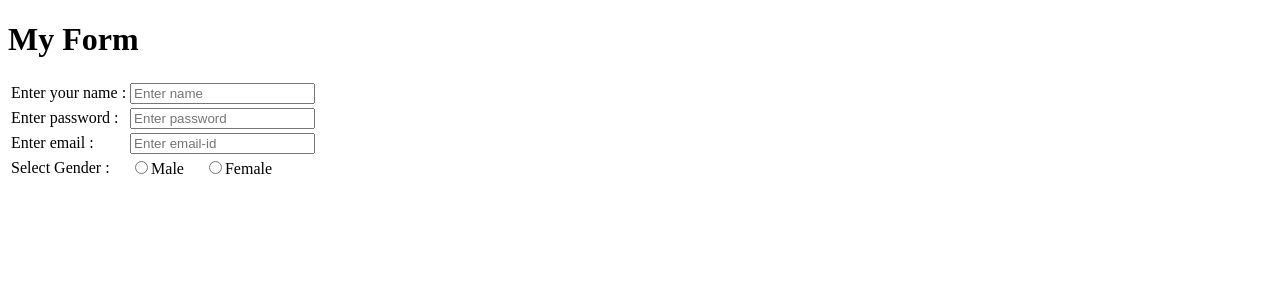
Repository: nin19/advance_java
Page: servlet/FormServlet/src/main/webapp/index.html
The author's editor kept a copy of each file at every save. The page is drawn from the files as they stood at one save, then again after the next save.
The browser window is 1280 px wide. The pictures show the whole page.

Above is the page before, as saved 2024-10-16 15:59:49.

After the next save:
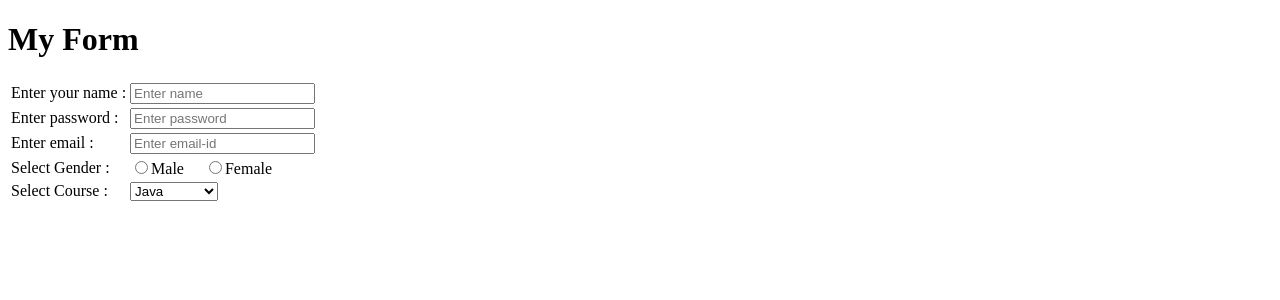
Saved 96 s later.
--- a/servlet/FormServlet/src/main/webapp/index.html
+++ b/servlet/FormServlet/src/main/webapp/index.html
@@ -27,6 +27,17 @@
 						<input type="radio" name="user_gender" value="Male">Male &nbsp; &nbsp; <input type="radio" name="user_gender" value="Female" />Female
 					</td>
 				</tr>
+				<tr>
+					<td>Select Course :</td>
+					<td>
+						<select name="user_course">
+							<option value="Java">Java</option>
+							<option value="C">C</option>
+							<option value="Flutter">Flutter</option>
+							<option value="SpringBoot">SpringBoot</option>
+						</select>
+					</td>
+				</tr>
 
 			</table>
 
